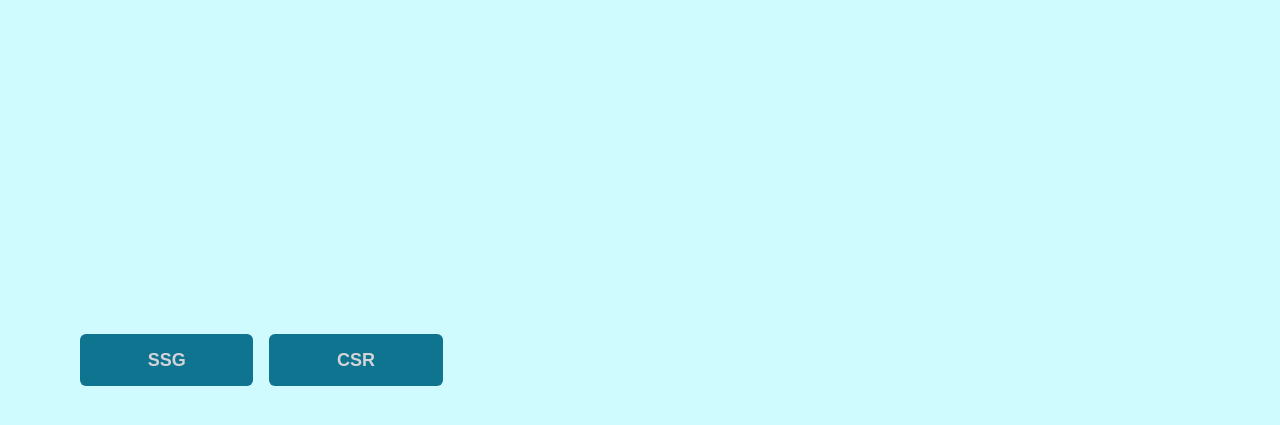
Repository: Marcus20119/Study_nextjs
Page: /
These files come from the project's save history. The page is drawn as it stood at one moment and after the next save; the edit follows.
The browser window is 1280 px wide. The pictures show the whole page.
The project was rebuilt for these pictures with package versions that can differ from the ones it lists, and the page was loaded fresh each time. The framework's server and built-in components were replaced by stand-ins that run in the browser. Also part of the build but not shown: next.config.js.

Above is the page before, as saved 2023-04-06 11:46:55.

### pages/index.tsx
import Head from 'next/head';
import Image from 'next/image';
import { Inter } from 'next/font/google';
import styles from '@/styles/Home.module.css';
import Link from 'next/link';

const inter = Inter({ subsets: ['latin'] });

const tabsData: {
  path: string;
  name: string;
}[] = [
  {
    path: '/SSG',
    name: 'SSG',
  },
  {
    path: '/CSR',
    name: 'CSR',
  },
];

export default function Home() {
  return (
    <>
      <div
        className="w-full flex justify-center items-center p-20"
        style={{
          height: '100vh',
          maxHeight: '-webkit-fill-available',
        }}
      >
        <div className="w-full grid grid-cols-6 gap-4">
          {tabsData.map(tab => (
            <button
              key={tab.path}
              className="flex justify-center items-center bg-cyan-700 py-3 rounded-md text-zinc-300 text-lg font-bold"
            >
              <Link href={tab.path}>{tab.name}</Link>
            </button>
          ))}
        </div>
      </div>
    </>
  );
}

### styles/globals.css
@tailwind base;
@tailwind components;
@tailwind utilities;

body {
  font-family: 'Epilogue', sans-serif;
  -webkit-font-smoothing: antialiased;
  -moz-osx-font-smoothing: grayscale;
  -webkit-tap-highlight-color: transparent;
  background-color: rgb(207 250 254);
}
body::-webkit-scrollbar {
  width: 14px;
  height: 14px;
  background-color: transparent;
}

body::-webkit-scrollbar-thumb {
  border-radius: 10px;
  background-color: #a9a9a9aa;
  -webkit-background-clip: padding-box; /* for Safari */
  background-clip: padding-box;
}

input,
textarea {
  outline: none;
}
* {
  margin: 0;
  padding: 0;
  -webkit-tap-highlight-color: transparent;
  box-sizing: border-box;
  scroll-behavior: smooth !important;
  /* transition-property: all;
  transition-timing-function: cubic-bezier(0.4, 0, 0.2, 1);
  transition-duration: 150ms; */
}
a {
  text-decoration: none !important;
}
li {
  list-style: none;
}
select {
  -webkit-appearance: none;
  -moz-appearance: none;
  outline: none;
}
td {
  vertical-align: middle;
  height: 44.8px;
}

Loaded but not shown: pages/_app.tsx (common file); pages/_document.tsx (common file); tailwind.config.js (common file)

After the next save:
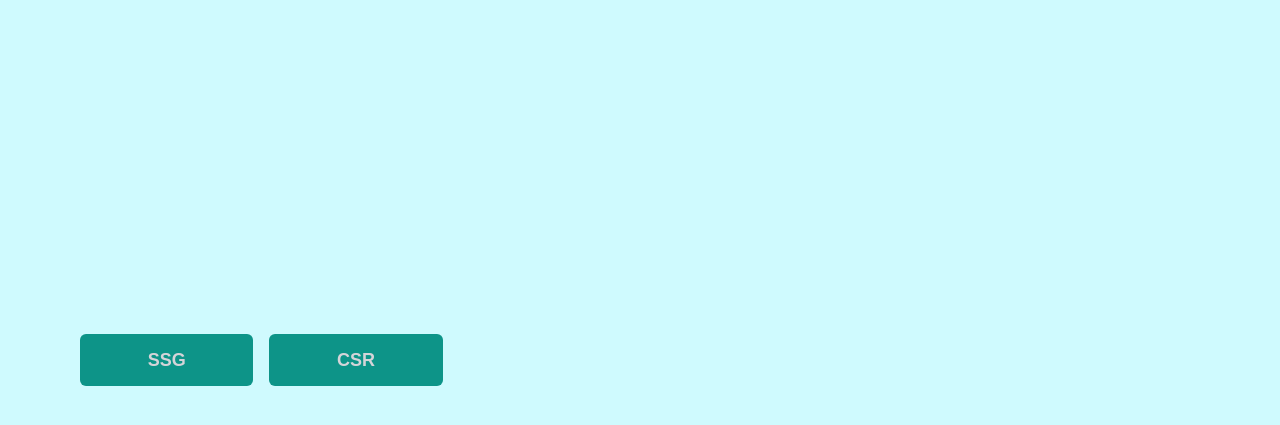
Saved 17 s later.
--- a/pages/index.tsx
+++ b/pages/index.tsx
@@ -34,7 +34,7 @@ export default function Home() {
           {tabsData.map(tab => (
             <button
               key={tab.path}
-              className="flex justify-center items-center bg-cyan-700 py-3 rounded-md text-zinc-300 text-lg font-bold"
+              className="flex justify-center items-center bg-teal-600 py-3 rounded-md text-zinc-300 text-lg font-bold"
             >
               <Link href={tab.path}>{tab.name}</Link>
             </button>
